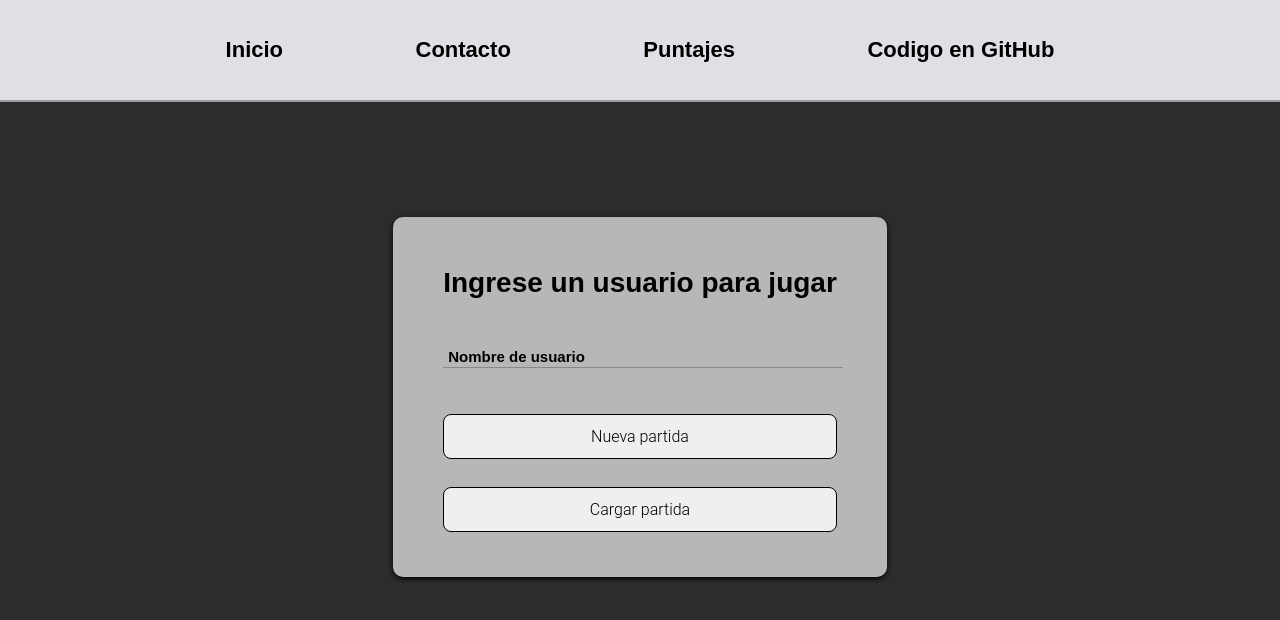
Repository: FacundoKinderknecht/FacundoKinderknecht_Wordle_Game_LPPA
Page: index.html
The author's editor kept a copy of each file at every save. The page is drawn from the files as they stood at one save, then again after the next save.
The browser window is 1280 px wide. The pictures show the whole page.

Above is the page before, as saved 2023-08-08 05:20:05.

### index.html
<!DOCTYPE html>
<html lang="en">
    <head>
        <meta charset="UTF-8">
        <meta http-equiv="X-UA-Compatible" content="IE=edge">
        <meta name="viewport" content="width=device-width, initial-scale=1.0">

        <link rel ="stylesheet" href="/css/reset.css">
        <link rel="stylesheet" href="/css/styles.css">
        <link rel="stylesheet" href="/css/index.css">

        <script src="/js/index.js"></script>

        <title>Final LPPA Facundo Kinderknecht</title>
    </head>
    <body>
        <header>
            <nav class="navbar">
                <a href="">Inicio</a>
                <a href="">Contacto</a>
                <a href="">Puntajes</a>
                <a href="https://github.com/FacundoKinderknecht/FacundoKinderknecht_Wordle_Game_LPPA" target="_blank">Codigo en GitHub</a>
            </nav>
        </header>

        <div class="form-container">
            <form class="form-user">
                <h2 class="form-title">Ingrese un usuario para jugar</h2>
                <fieldset class="form-login">
                    <input class="form-txt" id="txt-user" placeholder="">
                    <label class="form-lbl" id="lbl-user" for="txt-user">Nombre de usuario</label>
                </fieldset>
                <input type="button" class="form-button" value="Nueva partida" id="btn-new">
                <input type="button" class="form-button" value="Cargar partida" id="btn-load">
                <label class="form-txt-error hidden" id="lblErrorEmpty">Debe ingresar un usuario</label>
            </form>
        </div>
    </body>
</html>

### css/reset.css
/* http://meyerweb.com/eric/tools/css/reset/
   v2.0 | 20110126
   License: none (public domain)
*/

html, body, div, span, applet, object, iframe,
h1, h2, h3, h4, h5, h6, p, blockquote, pre,
a, abbr, acronym, address, big, cite, code,
del, dfn, em, img, ins, kbd, q, s, samp,
small, strike, strong, sub, sup, tt, var,
b, u, i, center,
dl, dt, dd, ol, ul, li,
fieldset, form, label, legend,
table, caption, tbody, tfoot, thead, tr, th, td,
article, aside, canvas, details, embed,
figure, figcaption, footer, header, hgroup,
menu, nav, output, ruby, section, summary,
time, mark, audio, video {
	margin: 0;
	padding: 0;
	border: 0;
	font-size: 100%;
	font: inherit;
	vertical-align: baseline;
}

### css/styles.css
body{
    font-family: Arial, Helvetica, sans-serif;
    background-color: rgba(0, 0, 0, 0.827);
    display:flex;
    align-items: center;
    flex-direction: column;
}

header{
    width: 100%;
    height: 100px;
    margin-bottom: 15px;
    display: flex;
    justify-content: justify-content;
    align-items: center;
    background-color: rgba(248, 248, 255, 0.874);
    border-bottom: 2px solid rgb(87, 87, 87, 0.49);
}

header nav{
    display:flexbox;
    justify-content: justify-content;
    align-items:center;
    text-align: center;
    width: 100%;
}

header nav a{
    text-decoration: none;
    align-items:center;
    font-weight: bold;
    font-size: 22px;
    color: black;
    margin: 5%;
}

.hidden {
    display:none;
}

### css/index.css
form{
    background-color: rgba(255, 255, 255, 0.659);
    margin: 100px auto;
    width: 90%;
    max-width: 400px;
    padding: 50px;
    padding-bottom: 25px;
    border-radius: 10px;
    box-shadow: 0px 2px 5px;
    text-align: center;
}

.form-title{
    font-size: 28px;
    margin-bottom: 40px;
    font-weight: 700;
}

.form-container{
    margin-top: 50px;
    display:flex;
    margin: auto;
}

.form-login{
    width: 100%;
    position: relative;
    margin-bottom: 30px;
}

.form-txt{
    width: 100%;
    background: none;
    margin-bottom: 8px;
    color: rgb(27, 27, 27);
    font-size: 16px;
    padding: 5px 3px;
    border:none;
    outline:none;
    border-bottom: 1px solid rgb(87, 87, 87, 0.49);
}

.form-txt:focus + .form-lbl, .form-txt:not(:placeholder-shown) + .form-lbl{
    transform: translateY(-13px) scale(0.9);
    transform-origin: left top;
}

.form-lbl{
    position:absolute;
    font-size: 15px;
    top:0;
    left:5px;
    font-weight: bold;
    transform: translateY(9px);
    transform-origin: left bottom;
    transition: transform .5s;
}

.form-txt-error{
    width: 100%;
    color:rgb(255, 0, 0);
    text-align: center;
}

.form-button{
    width: 100%;
    font-family: 'Roboto', sans-serif;
    font-weight: 300;
    font-size: 16px;
    padding: 12px 0px;
    border: 1px solid;
    border-radius: 8px;
    cursor: pointer;
    transition: background-color .3s;
    margin-top: 8px;
    margin-bottom: 20px;
}

.hidden{
    display: none;
}

### js/index.js
function getElements(){
    user = document.getElementById("txt-user")
    btnNew = document.getElementById("btn-new")
    btnLoad = document.getElementById("btn-load")
}

window.onload = () => {
    getElements()
    hideLabels()

    //when "new" button is clicked, check for saved games with that name, and set user in sessionS
    btnNew.onclick = (e) => {
        hideLabels()
        let currentUser = user.value
        if (!currentUser) {
            lblErrorEmpty.classList.toggle("hidden", false)
        }else{
            sessionStorage.setItem("user", user.value)
            location.href = '/html/wordle.html'
        }
    }

    function hideLabels () {
        user.onfocus = () => {
            lblErrorEmpty.classList.toggle("hidden", true)
        }
    }
}

After the next save:
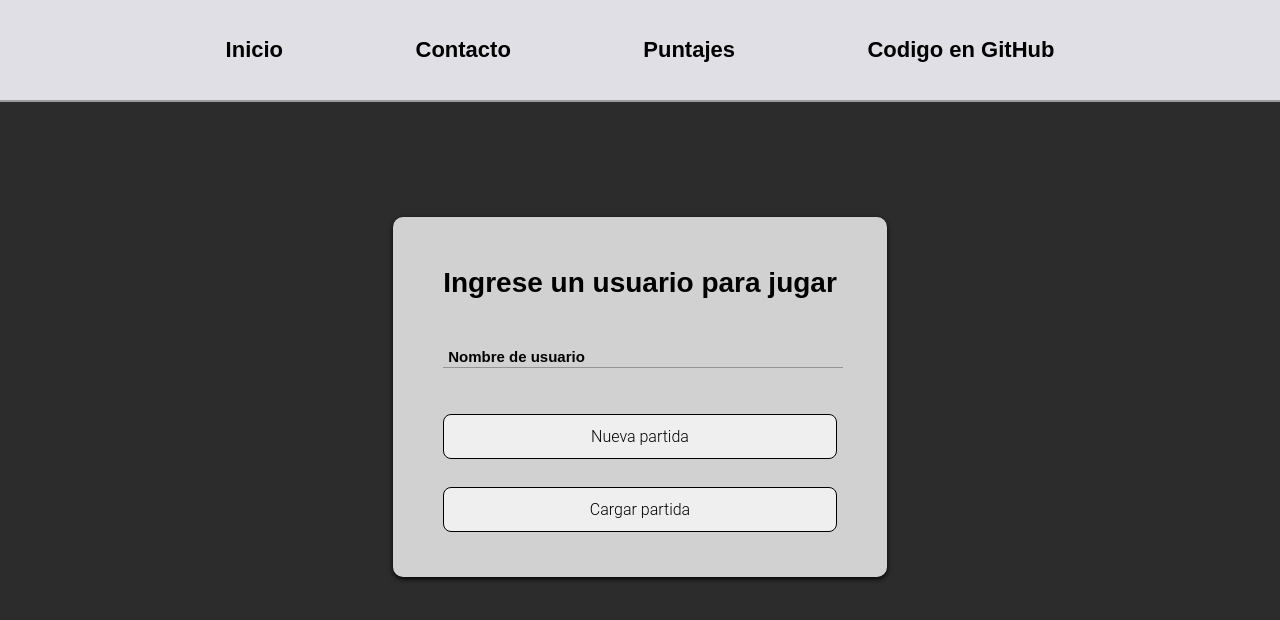
Saved 11 s later.
--- a/css/index.css
+++ b/css/index.css
@@ -1,5 +1,5 @@
 form{
-    background-color: rgba(255, 255, 255, 0.659);
+    background-color: rgba(255, 255, 255, 0.785);
     margin: 100px auto;
     width: 90%;
     max-width: 400px;
